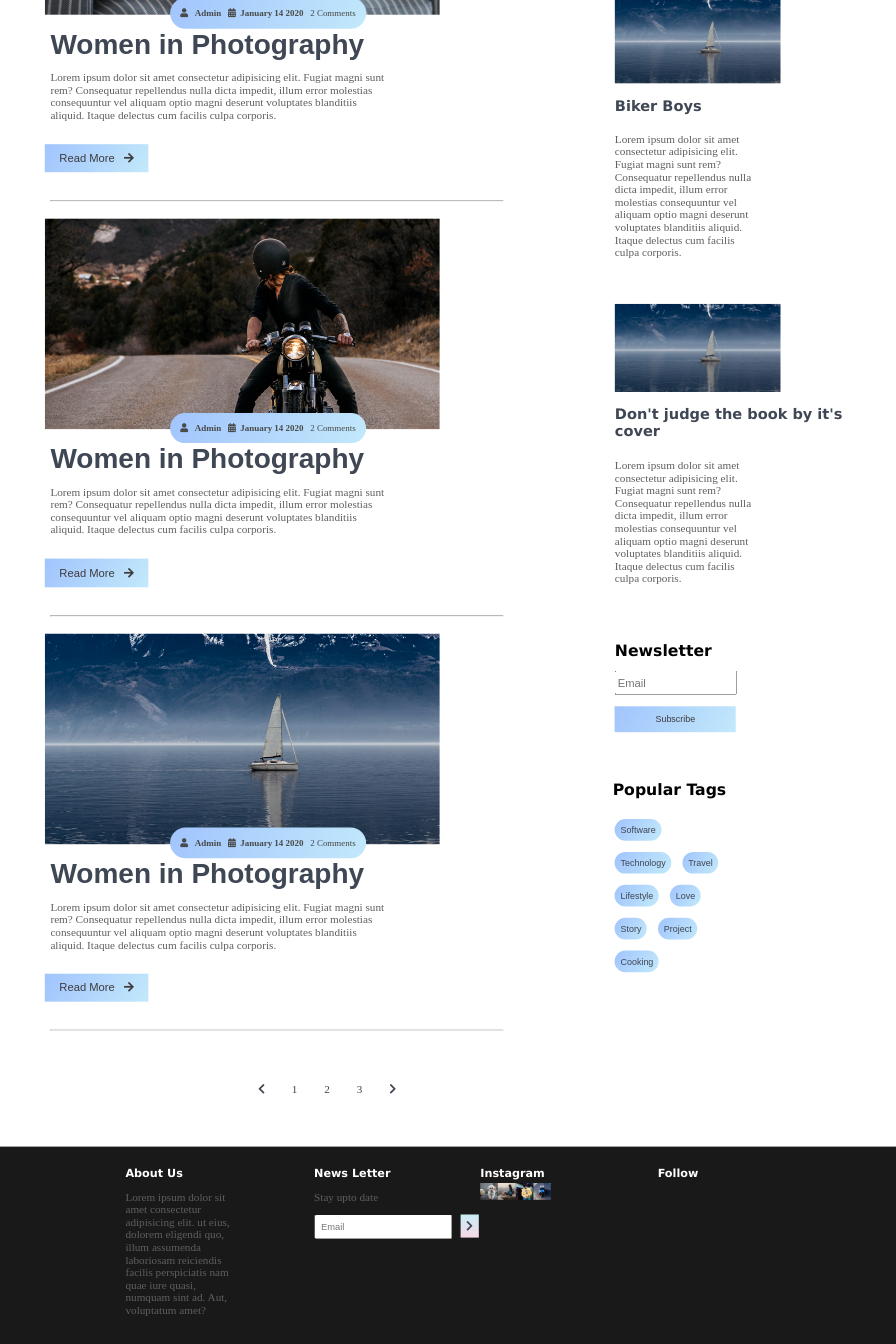
Repository: premjawaharp/Blogsite
Page: index.html
An editor plug-in stored every save of this project. The page is shown before and after a run of saves, followed by the edit.
The browser window is 1280 px wide. The pictures show the part of the page from y = 2170 to 4090 px (the page is 4090 px tall), at 70% of full size.

Above is the page before, as saved 2020-09-18 16:47:49.

After the next 2 saves:
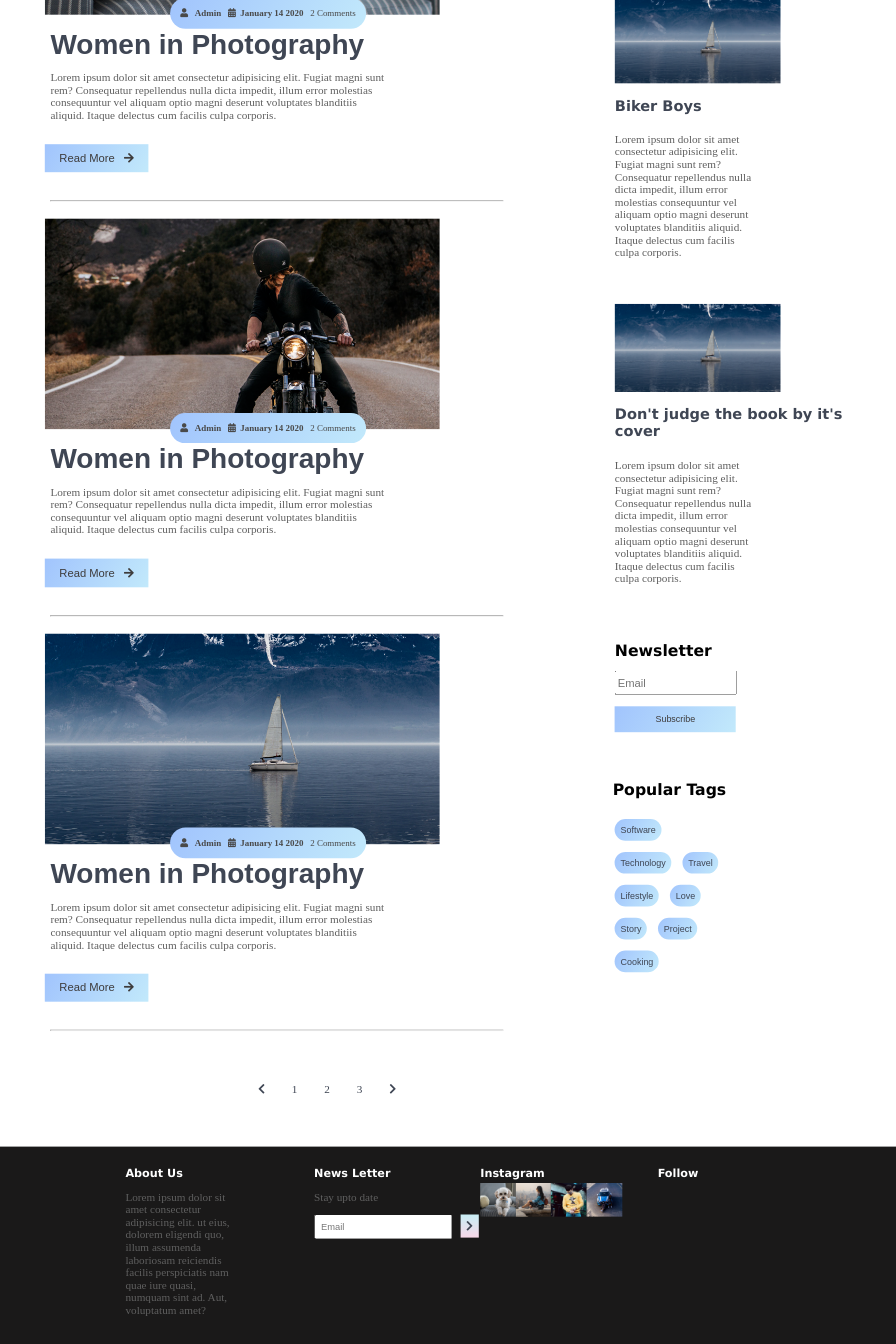
The 2 saves are shown as one change because they came seconds apart.
The last was saved 6 s later.
--- a/css/style.css
+++ b/css/style.css
@@ -501,8 +501,8 @@ main .news-letter .news-form .new-form-btn {
 .instagram .insta-images img{
     display: flex;
     flex-direction: row;
-    max-width: 10%;
-    height: auto;
+    max-width: 20%;
+
 }
 /* --x-- footer --x-- */
 
